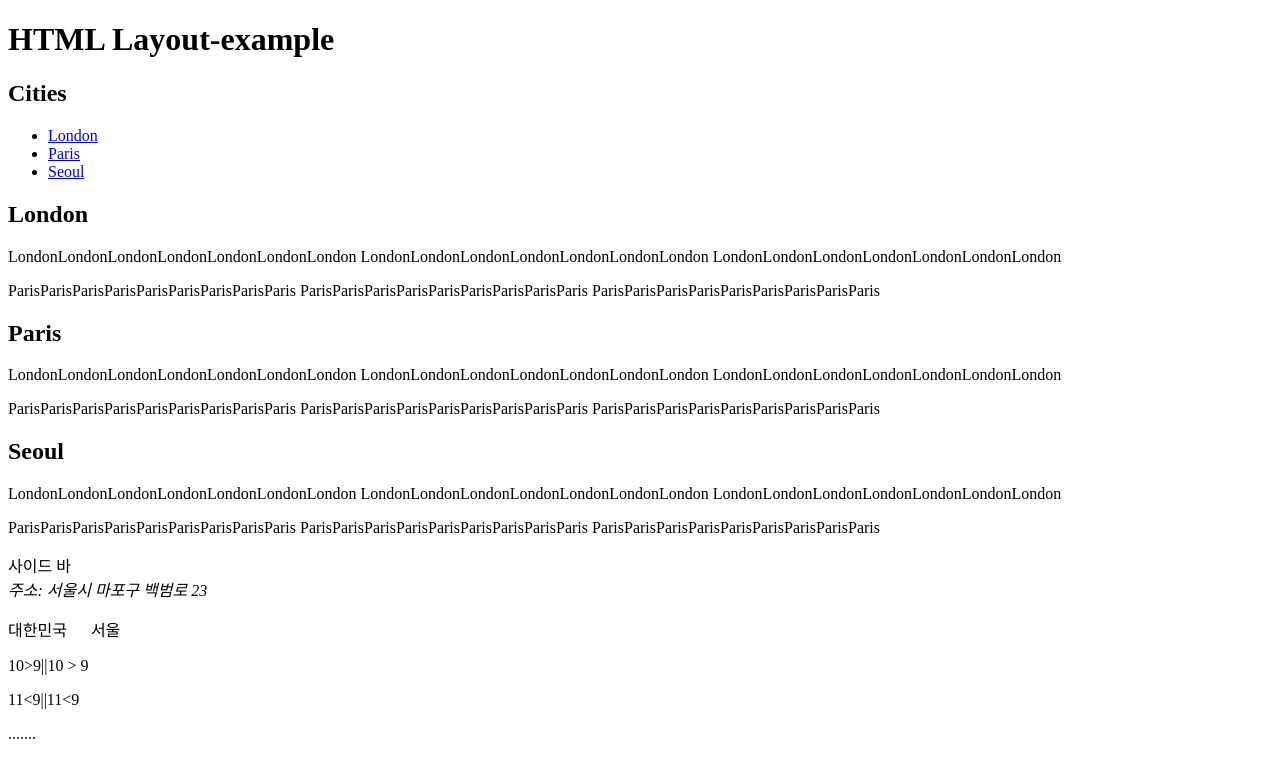
Repository: claddds/2023_webstudy
Page: 01_html/src/main/webapp/day03/ex16_layout.html
The author's editor kept a copy of each file at every save. The page is drawn from the files as they stood at one save, then again after the next save.
The browser window is 1280 px wide. The pictures show the whole page.

Above is the page before, as saved 2023-06-21 07:13:36.

### 01_html/src/main/webapp/day03/ex16_layout.html
<!DOCTYPE html>
<html>
<head>
<meta charset="UTF-8">
<title>HTML Layout</title>
</head>
<body>
<h1>HTML Layout-example</h1>
<header>
	<h2>Cities</h2>
</header>
<nav>
	<ul>
		<li><a href="#">London</a></li>
		<li><a href="#">Paris</a></li>
		<li><a href="#">Seoul</a></li>
	</ul>
</nav>
<section>
	<article>
		<h2>London</h2>
		<p>LondonLondonLondonLondonLondonLondonLondon
			LondonLondonLondonLondonLondonLondonLondon
			LondonLondonLondonLondonLondonLondonLondon</p>
		<p>ParisParisParisParisParisParisParisParisParis
			ParisParisParisParisParisParisParisParisParis
			ParisParisParisParisParisParisParisParisParis</p>
	</article>
	<article>
		<h2>Paris</h2>
		<p>LondonLondonLondonLondonLondonLondonLondon
			LondonLondonLondonLondonLondonLondonLondon
			LondonLondonLondonLondonLondonLondonLondon</p>
		<p>ParisParisParisParisParisParisParisParisParis
			ParisParisParisParisParisParisParisParisParis
			ParisParisParisParisParisParisParisParisParis</p>
	</article>
	<article>
		<h2>Seoul</h2>
		<p>LondonLondonLondonLondonLondonLondonLondon
			LondonLondonLondonLondonLondonLondonLondon
			LondonLondonLondonLondonLondonLondonLondon</p>
		<p>ParisParisParisParisParisParisParisParisParis
			ParisParisParisParisParisParisParisParisParis
			ParisParisParisParisParisParisParisParisParis</p>
	</article>
</section>
<aside>사이드 바</aside>
<footer>
	<address>주소: 서울시 마포구 백범로 23</address>
	<p> 대한민국 &nbsp;&nbsp;&nbsp;&nbsp; 서울</p>
	<p>10>9||10 &gt; 9</p>
	<p>11<9||11&lt;9</p>
	<p>.......</p>
</footer>
</body>
</html>

After the next save:
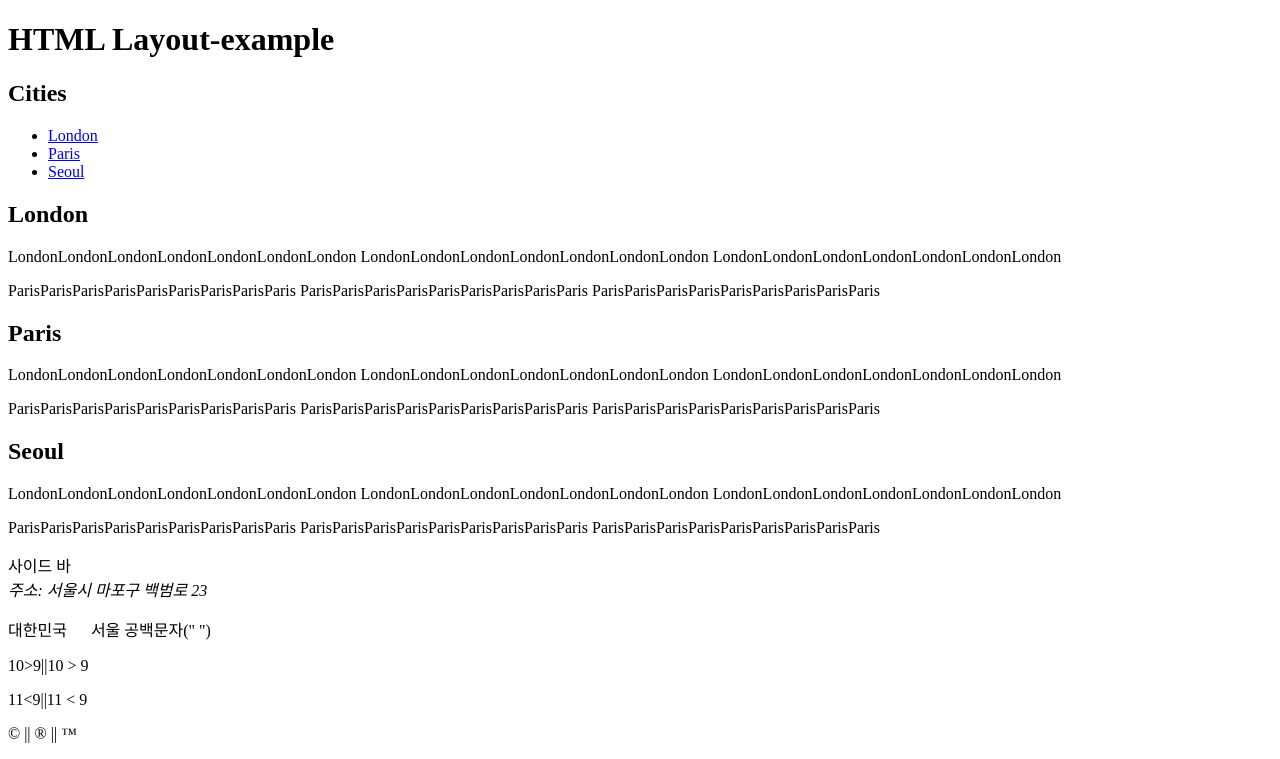
Saved 2 min 49 s later.
--- a/01_html/src/main/webapp/day03/ex16_layout.html
+++ b/01_html/src/main/webapp/day03/ex16_layout.html
@@ -48,10 +48,10 @@
 <aside>사이드 바</aside>
 <footer>
 	<address>주소: 서울시 마포구 백범로 23</address>
-	<p> 대한민국 &nbsp;&nbsp;&nbsp;&nbsp; 서울</p>
+	<p> 대한민국 &nbsp;&nbsp;&nbsp;&nbsp; 서울 공백문자("&nbsp;")</p>
 	<p>10>9||10 &gt; 9</p>
-	<p>11<9||11&lt;9</p>
-	<p>.......</p>
+	<p>11<9||11 &lt; 9</p>
+	<p> &copy; || &reg; || &trade; </p>
 </footer>
 </body>
 </html>
